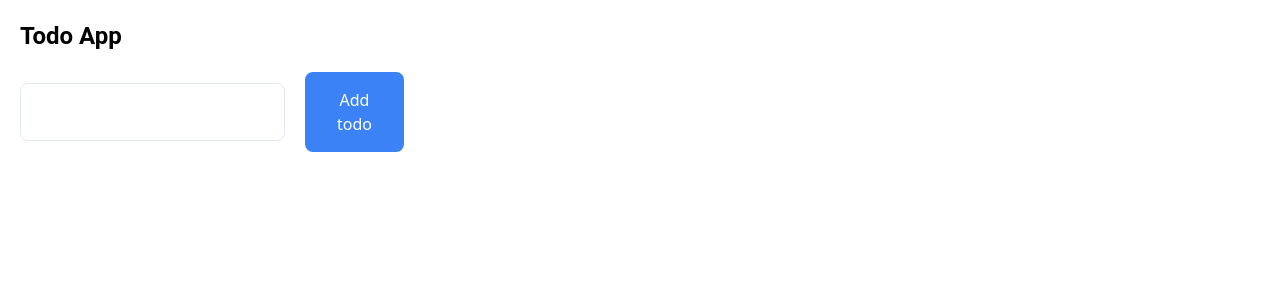
Repository: vophuocthanh/react-typescript
Page: /
These files come from the project's save history. The page is drawn as it stood at one moment and after the next save; the edit follows.
The browser window is 1280 px wide. The pictures show the whole page.
The project was rebuilt for these pictures with package versions that can differ from the ones it lists, and the page was loaded fresh each time. Also part of the build but not shown: vite.config.ts.

Above is the page before, as saved 2023-04-07 13:10:13.

After the next save:
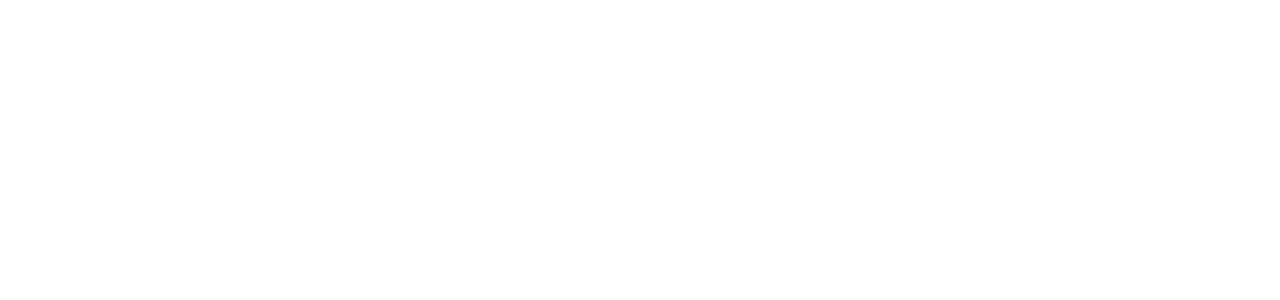
Console error: TypeError: Cannot read properties of undefined (reading 'map')
Saved 27 s later.
--- a/src/App.tsx
+++ b/src/App.tsx
@@ -33,6 +33,7 @@
         <div>abc</div>
       </Boxed> */}
       <div className="max-w-sm">
+        <RenderList></RenderList>
         {/* <div className="flex flex-col mb-5 gap-y-5">
           {todos.map((todo) => (
             <div className="flex items-center gap-x-3" key={todo.id}>
@@ -65,7 +66,7 @@
   );
 };
 
-const renderList = <T,>({
+const RenderList = <T,>({
   items,
   render,
 }: {

After the save that followed:
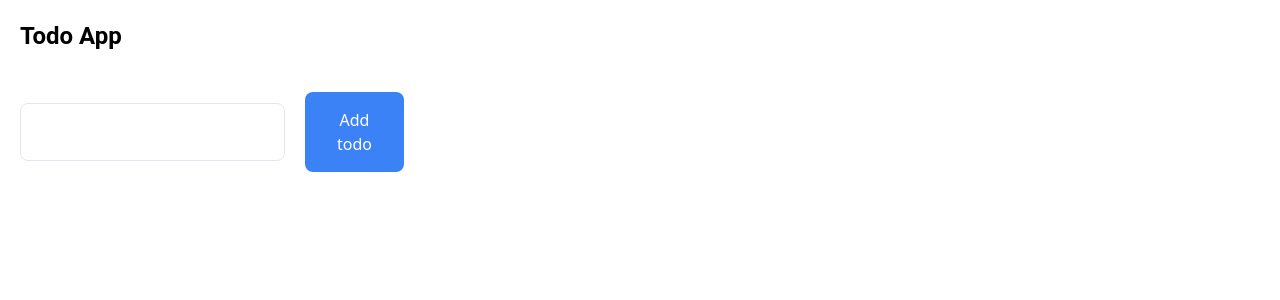
The error is gone.
Saved 103 s later.
--- a/src/App.tsx
+++ b/src/App.tsx
@@ -33,7 +33,20 @@
         <div>abc</div>
       </Boxed> */}
       <div className="max-w-sm">
-        <RenderList></RenderList>
+        <RenderList
+          items={todos}
+          render={(todo) => (
+            <div className="flex items-center gap-x-3" key={todo.id}>
+              <span>{todo.text}</span>
+              <button
+                onClick={() => onRemoveTodo(todo.id)}
+                className="p-2 text-sm font-medium text-white bg-red-500 rounded-lg"
+              >
+                Remove
+              </button>
+            </div>
+          )}
+        ></RenderList>
         {/* <div className="flex flex-col mb-5 gap-y-5">
           {todos.map((todo) => (
             <div className="flex items-center gap-x-3" key={todo.id}>
